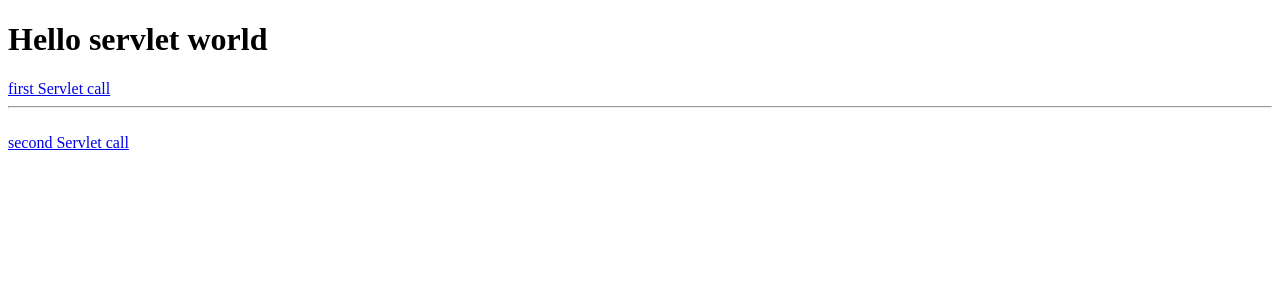
Repository: pcc767/khSchool
Page: dev-source_Servlet/01_ServletBasic/src/main/webapp/index.html
An editor plug-in stored every save of this project. The page is shown before and after the next save, followed by the edit.
The browser window is 1280 px wide. The pictures show the whole page.

Above is the page before, as saved 2022-07-11 10:31:47.

### dev-source_Servlet/01_ServletBasic/src/main/webapp/index.html
<!DOCTYPE html>
<html>
<head>
<meta charset="UTF-8">
<title>Insert title here</title>
</head>
<body>
	<h1>Hello servlet world</h1>

	<a href="first.do">first Servlet call</a>
	<hr><br>
	<a href="second.do">second Servlet call</a>
</body>
</html>

After the next save:
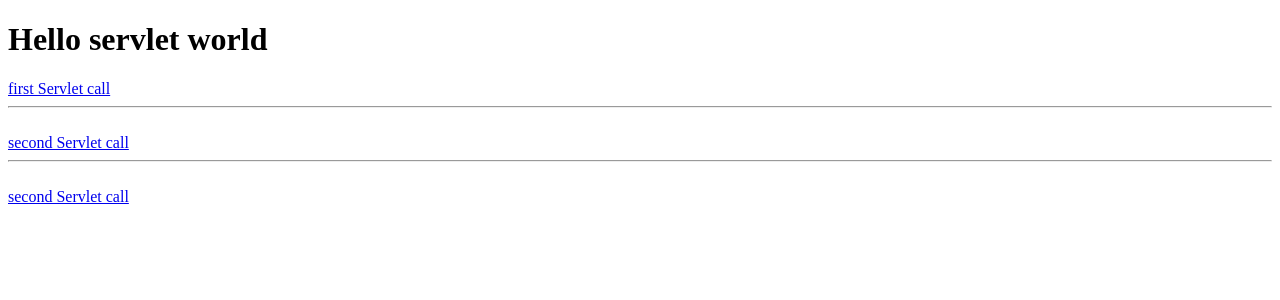
Saved 13 min 33 s later.
--- a/dev-source_Servlet/01_ServletBasic/src/main/webapp/index.html
+++ b/dev-source_Servlet/01_ServletBasic/src/main/webapp/index.html
@@ -10,5 +10,8 @@
 	<a href="first.do">first Servlet call</a>
 	<hr><br>
 	<a href="second.do">second Servlet call</a>
+	<hr><br>
+	<a href="life.do">second Servlet call</a>
+
 </body>
 </html>
